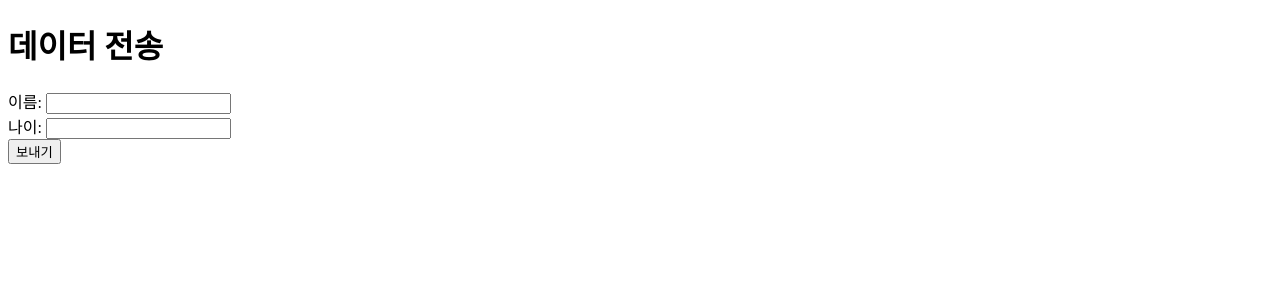
Repository: seula123/JSP
Page: SerletTest/src/main/webapp/temp.html
These files come from the project's save history. The page is drawn as it stood at one moment and after the next save; the edit follows.
The browser window is 1280 px wide. The pictures show the whole page.

Above is the page before, as saved 2023-10-17 02:27:25.

### SerletTest/src/main/webapp/temp.html
<!DOCTYPE html>
<html>
<head>
<meta charset="UTF-8">
<title>Insert title here</title>
</head>
<body>
	<h1>데이터 전송</h1>
	<form method="GET" action="데이터를 수신할 프로그램 URL">
		<div>
			이름: <input type = "text" name="name">
		</div>
		<div>
			나이: <input type ="text" name="age">
		</div>
		<input type="submit" value="보내기">
	</form>

</body>
</html>

After the next save:
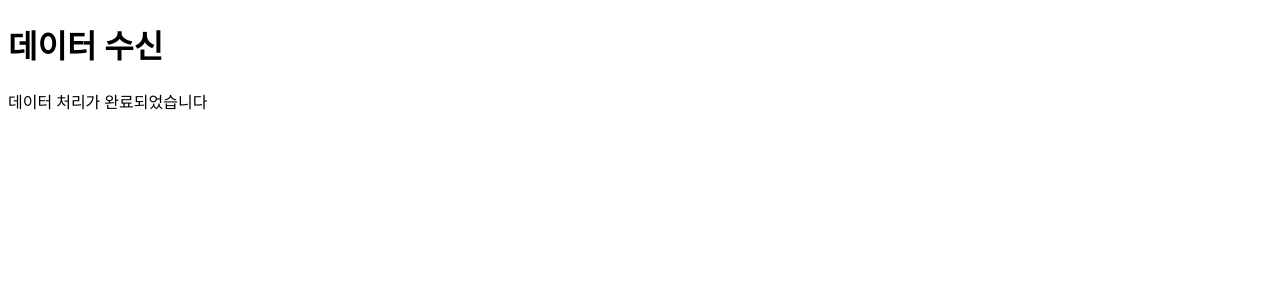
Saved 3 min 31 s later.
--- a/SerletTest/src/main/webapp/temp.html
+++ b/SerletTest/src/main/webapp/temp.html
@@ -5,16 +5,9 @@
 <title>Insert title here</title>
 </head>
 <body>
-	<h1>데이터 전송</h1>
-	<form method="GET" action="데이터를 수신할 프로그램 URL">
-		<div>
-			이름: <input type = "text" name="name">
-		</div>
-		<div>
-			나이: <input type ="text" name="age">
-		</div>
-		<input type="submit" value="보내기">
-	</form>
+	<h1>데이터 수신</h1>
+
+	<p>데이터 처리가 완료되었습니다</p>
 
 </body>
 </html>
